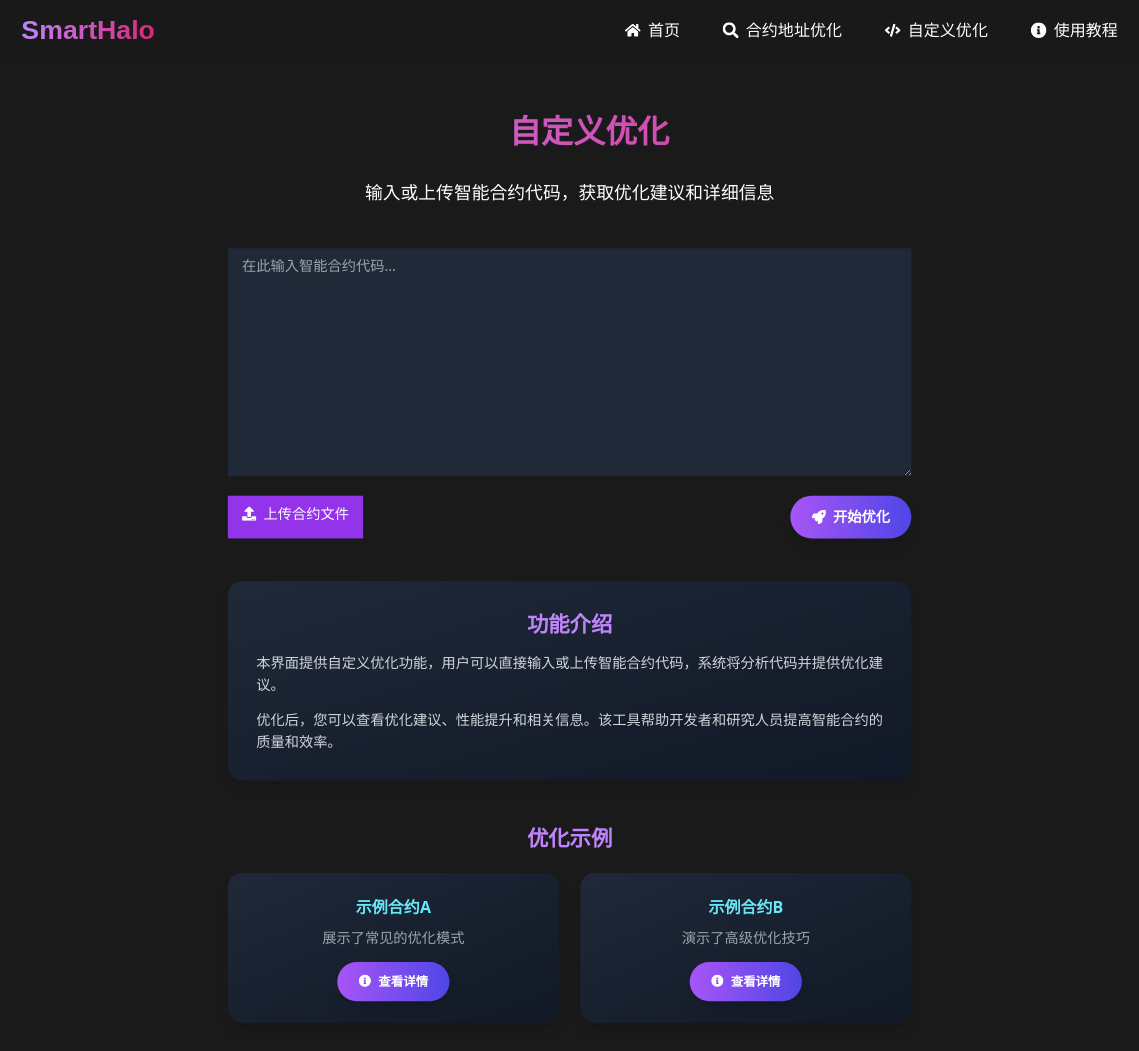
Repository: RunnerQuan/smart-halo
Page: /custom-optimization
The author's editor kept a copy of each file at every save. The page is drawn from the files as they stood at one save, then again after the next save.
The browser window is 1280 px wide. The pictures show the whole page, at 89% of full size.
The project was rebuilt for these pictures with package versions that can differ from the ones it lists, and the page was loaded fresh each time. The framework's server and built-in components were replaced by stand-ins that run in the browser. Also part of the build but not shown: next.config.mjs.

Above is the page before, as saved 2024-10-17 15:45:48.

### app/custom-optimization/page.tsx
"use client";

import { useState } from 'react';
import { motion } from 'framer-motion';
import Link from 'next/link';
import AnimatedButton from '../../components/ui/animated-button';
import Navbar from '../../components/Navbar';
import { FaCode, FaUpload, FaRocket, FaInfoCircle } from 'react-icons/fa';

export default function CustomOptimization() {
  const [contractCode, setContractCode] = useState('');
  const [showError, setShowError] = useState(false);

  const handleOptimize = () => {
    if (!contractCode.trim()) {
      setShowError(true);
      setTimeout(() => setShowError(false), 3000);
      return;
    }
    // 这里应该是跳转到优化详情页的逻辑
    window.location.href = '/optimization-details';
  };

  return (
    <main className="flex min-h-screen flex-col items-center justify-start p-8 bg-[#1A1A1A] text-white font-sans">
      <Navbar />
      <div className="mt-24 w-full max-w-7xl mx-auto">
        <motion.h1
          className="text-4xl font-bold mb-8 text-center text-transparent bg-clip-text bg-gradient-to-r from-purple-400 to-pink-600"
          initial={{ opacity: 0, y: -50 }}
          animate={{ opacity: 1, y: 0 }}
          transition={{ duration: 0.5 }}
        >
          <FaCode className="inline-block mr-2 mb-1" />
          自定义优化
        </motion.h1>
        <motion.p
          className="text-xl mb-12 text-center max-w-2xl mx-auto"
          initial={{ opacity: 0 }}
          animate={{ opacity: 1 }}
          transition={{ duration: 0.5, delay: 0.2 }}
        >
          输入或上传智能合约代码，获取优化建议和详细信息
        </motion.p>

        <motion.div
          className="w-full max-w-3xl mx-auto mb-12"
          initial={{ opacity: 0, y: 50 }}
          animate={{ opacity: 1, y: 0 }}
          transition={{ duration: 0.5, delay: 0.4 }}
        >
          <textarea
            className="w-full h-64 bg-gray-800 text-white rounded-lg px-4 py-2 mb-4 focus:outline-none focus:ring-2 focus:ring-purple-500"
            placeholder="在此输入智能合约代码..."
            value={contractCode}
            onChange={(e) => setContractCode(e.target.value)}
          ></textarea>
          <div className="flex justify-between">
            <label className="bg-purple-600 text-white px-4 py-2 rounded-lg cursor-pointer hover:bg-purple-700 transition-colors">
              <FaUpload className="inline-block mr-2 mb-1" />
              上传合约文件
              <input type="file" className="hidden" onChange={(e) => {
                // 这里应该是处理文件上传的逻辑
                console.log("File uploaded:", e.target.files[0]);
              }} />
            </label>
            <AnimatedButton onClick={handleOptimize}>
              <FaRocket className="inline-block mr-2 mb-1" />
              开始优化
            </AnimatedButton>
          </div>
          {showError && (
            <motion.p
              className="text-red-500 text-center mt-2"
              initial={{ opacity: 0 }}
              animate={{ opacity: 1 }}
              exit={{ opacity: 0 }}
            >
              请输入或上传合约代码
            </motion.p>
          )}
        </motion.div>

        <motion.div
          className="bg-gradient-to-br from-gray-800 to-gray-900 rounded-2xl p-8 mb-12 max-w-3xl mx-auto shadow-lg"
          initial={{ opacity: 0, y: 50 }}
          animate={{ opacity: 1, y: 0 }}
          transition={{ duration: 0.5, delay: 0.6 }}
        >
          <h2 className="text-2xl font-semibold mb-4 text-purple-400 text-center">功能介绍</h2>
          <p className="mb-4 text-gray-300">
            本界面提供自定义优化功能，用户可以直接输入或上传智能合约代码，系统将分析代码并提供优化建议。
          </p>
          <p className="text-gray-300">
            优化后，您可以查看优化建议、性能提升和相关信息。该工具帮助开发者和研究人员提高智能合约的质量和效率。
          </p>
        </motion.div>

        <motion.div
          className="w-full max-w-3xl mx-auto"
          initial={{ opacity: 0, y: 50 }}
          animate={{ opacity: 1, y: 0 }}
          transition={{ duration: 0.5, delay: 0.8 }}
        >
          <h2 className="text-2xl font-semibold mb-6 text-center text-purple-400">优化示例</h2>
          <div className="grid grid-cols-1 md:grid-cols-2 gap-6">
            {[
              { name: "示例合约A", desc: "展示了常见的优化模式" },
              { name: "示例合约B", desc: "演示了高级优化技巧" },
            ].map((example, index) => (
              <motion.div
                key={index}
                className="bg-gradient-to-br from-gray-800 to-gray-900 p-6 rounded-2xl shadow-lg overflow-hidden relative group text-center"
                whileHover={{ scale: 1.03 }}
              >
                <h3 className="text-lg font-semibold mb-2 text-cyan-300">{example.name}</h3>
                <p className="text-gray-400 mb-4">{example.desc}</p>
                <Link href="/optimization-details" passHref>
                  <AnimatedButton className="bg-gradient-to-r from-cyan-500 to-blue-500 text-white px-4 py-2 rounded-full text-sm hover:from-cyan-600 hover:to-blue-600 transition-all duration-300">
                    <FaInfoCircle className="inline-block mr-2 mb-1" />
                    查看详情
                  </AnimatedButton>
                </Link>
              </motion.div>
            ))}
          </div>
        </motion.div>
      </div>
    </main>
  );
}

### app/globals.css
@import url('https://fonts.googleapis.com/css2?family=Roboto:wght@300;400;500;700&display=swap');

@tailwind base;
@tailwind components;
@tailwind utilities;

:root {
  --foreground-rgb: 255, 255, 255;
  --background-start-rgb: 42, 42, 42;
  --background-end-rgb: 42, 42, 42;
}

body {
  color: rgb(var(--foreground-rgb));
  background: linear-gradient(
      to bottom,
      transparent,
      rgb(var(--background-end-rgb))
    )
    rgb(var(--background-start-rgb));
  font-family: 'Roboto', sans-serif;
}

### components/ui/animated-button.tsx
import React from 'react';

interface AnimatedButtonProps extends React.ButtonHTMLAttributes<HTMLButtonElement> {
  children: React.ReactNode;
}

const AnimatedButton: React.FC<AnimatedButtonProps> = ({ children, className, ...props }) => {
  return (
    <button
      className={`
        px-6 py-3 rounded-full text-white font-semibold
        bg-gradient-to-r from-purple-500 to-indigo-600
        hover:from-purple-600 hover:to-indigo-700
        transform hover:scale-105 transition duration-300 ease-in-out
        focus:outline-none focus:ring-2 focus:ring-purple-500 focus:ring-opacity-50
        shadow-lg hover:shadow-xl
        ${className}
      `}
      {...props}
    >
      {children}
    </button>
  );
};

export default AnimatedButton;

### components/Navbar.tsx
import Link from "next/link";
import AnimatedNavLink from './AnimatedNavLink';
import { FaHome, FaCode, FaSearch, FaInfoCircle } from 'react-icons/fa';

const navItems = [
  { name: '首页', href: '/', icon: <FaHome className="mr-2" /> },
  { name: '合约地址优化', href: '/contract-optimization', icon: <FaSearch className="mr-2" /> },
  { name: '自定义优化', href: '/custom-optimization', icon: <FaCode className="mr-2" /> },
  { name: '使用教程', href: '/about', icon: <FaInfoCircle className="mr-2" /> },
];

export default function Navbar() {
  return (
    <nav className="fixed top-0 left-0 right-0 z-10 bg-[#1A1A1A] bg-opacity-80 backdrop-filter backdrop-blur-lg">
      <div className="container mx-auto px-6 py-4 flex justify-between items-center">
        <Link href="/" className="flex items-center">
          <span className="text-3xl font-bold bg-clip-text text-transparent bg-gradient-to-r from-purple-400 to-pink-600 font-tech">
            SmartHalo
          </span>
        </Link>
        <div className="hidden md:flex items-center space-x-12 text-lg">
          {navItems.map((item) => (
            <Link key={item.name} href={item.href} className="flex items-center">
              <span className="flex items-center">
                {item.icon}
                {item.name}
              </span>
            </Link>
          ))}
        </div>
      </div>
    </nav>
  );
}

### tailwind.config.js
module.exports = {
    darkMode: ['class'],
    content: [
    './pages/**/*.{js,ts,jsx,tsx,mdx}',
    './components/**/*.{js,ts,jsx,tsx,mdx}',
    './app/**/*.{js,ts,jsx,tsx,mdx}',
  ],
  theme: {
  	extend: {
  		fontFamily: {
  			harmonyos: ['HarmonyOS Sans', 'sans-serif'],
  			song: ['Noto Serif SC', 'serif'],
  			'noto-sans': ['Noto Sans SC', 'sans-serif'],
  			'tech': ['Orbitron', 'sans-serif']
  		},
  		backgroundImage: {
  			'gradient-radial': 'radial-gradient(var(--tw-gradient-stops))',
  			'gradient-conic': 'conic-gradient(from 180deg at 50% 50%, var(--tw-gradient-stops))'
  		},
  		borderRadius: {
  			lg: 'var(--radius)',
  			md: 'calc(var(--radius) - 2px)',
  			sm: 'calc(var(--radius) - 4px)'
  		},
  		colors: {
  			background: 'hsl(var(--background))',
  			foreground: 'hsl(var(--foreground))',
  			card: {
  				DEFAULT: 'hsl(var(--card))',
  				foreground: 'hsl(var(--card-foreground))'
  			},
  			popover: {
  				DEFAULT: 'hsl(var(--popover))',
  				foreground: 'hsl(var(--popover-foreground))'
  			},
  			primary: {
  				DEFAULT: 'hsl(var(--primary))',
  				foreground: 'hsl(var(--primary-foreground))'
  			},
  			secondary: {
  				DEFAULT: 'hsl(var(--secondary))',
  				foreground: 'hsl(var(--secondary-foreground))'
  			},
  			muted: {
  				DEFAULT: 'hsl(var(--muted))',
  				foreground: 'hsl(var(--muted-foreground))'
  			},
  			accent: {
  				DEFAULT: 'hsl(var(--accent))',
  				foreground: 'hsl(var(--accent-foreground))'
  			},
  			destructive: {
  				DEFAULT: 'hsl(var(--destructive))',
  				foreground: 'hsl(var(--destructive-foreground))'
  			},
  			border: 'hsl(var(--border))',
  			input: 'hsl(var(--input))',
  			ring: 'hsl(var(--ring))',
  			chart: {
  				'1': 'hsl(var(--chart-1))',
  				'2': 'hsl(var(--chart-2))',
  				'3': 'hsl(var(--chart-3))',
  				'4': 'hsl(var(--chart-4))',
  				'5': 'hsl(var(--chart-5))'
  			}
  		},
  		animation: {
  			pulse: 'pulse var(--duration) ease-out infinite'
  		},
  		keyframes: {
  			pulse: {
  				'0%, 100%': {
  					boxShadow: '0 0 0 0 var(--pulse-color)'
  				},
  				'50%': {
  					boxShadow: '0 0 0 8px var(--pulse-color)'
  				}
  			}
  		}
  	}
  },
  plugins: [require("tailwindcss-animate")],
}

Loaded but not shown: app/layout.tsx (common file)

After the next save:
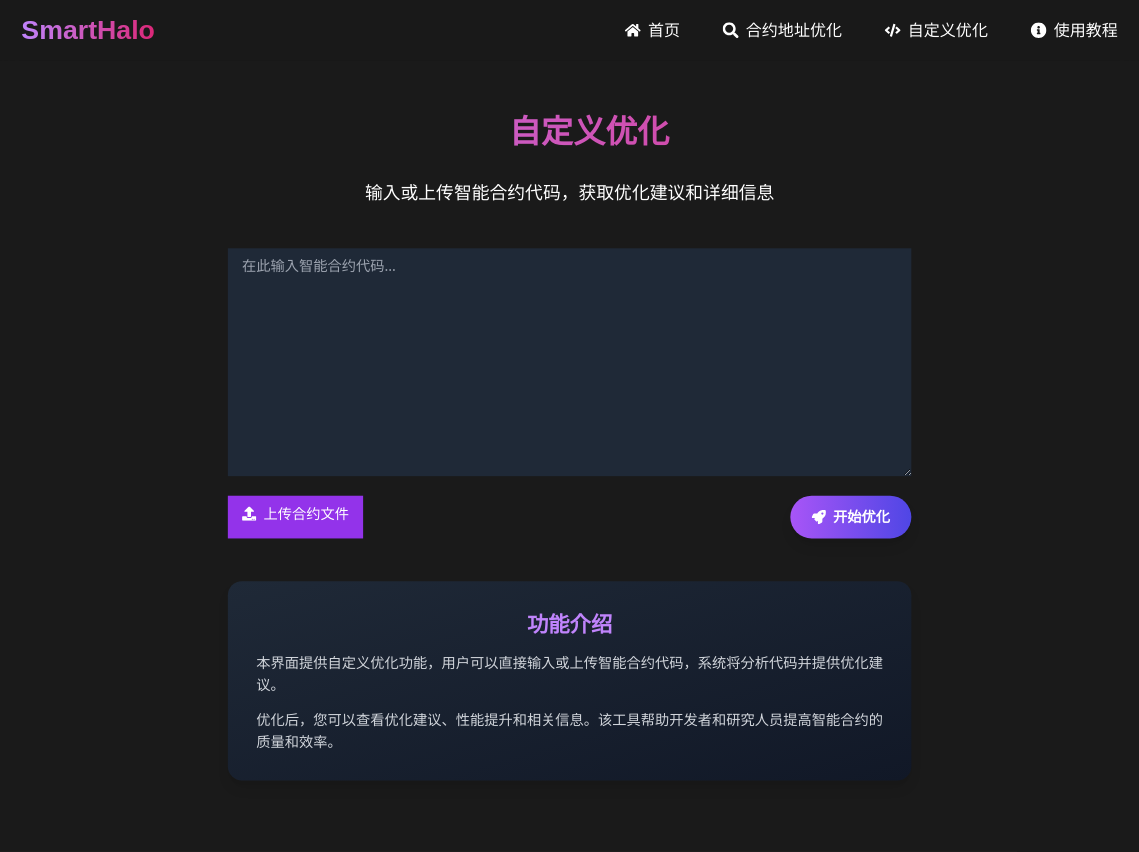
Saved 4 min 29 s later.
--- a/app/custom-optimization/page.tsx
+++ b/app/custom-optimization/page.tsx
@@ -95,36 +95,6 @@ export default function CustomOptimization() {
             优化后，您可以查看优化建议、性能提升和相关信息。该工具帮助开发者和研究人员提高智能合约的质量和效率。
           </p>
         </motion.div>
-
-        <motion.div
-          className="w-full max-w-3xl mx-auto"
-          initial={{ opacity: 0, y: 50 }}
-          animate={{ opacity: 1, y: 0 }}
-          transition={{ duration: 0.5, delay: 0.8 }}
-        >
-          <h2 className="text-2xl font-semibold mb-6 text-center text-purple-400">优化示例</h2>
-          <div className="grid grid-cols-1 md:grid-cols-2 gap-6">
-            {[
-              { name: "示例合约A", desc: "展示了常见的优化模式" },
-              { name: "示例合约B", desc: "演示了高级优化技巧" },
-            ].map((example, index) => (
-              <motion.div
-                key={index}
-                className="bg-gradient-to-br from-gray-800 to-gray-900 p-6 rounded-2xl shadow-lg overflow-hidden relative group text-center"
-                whileHover={{ scale: 1.03 }}
-              >
-                <h3 className="text-lg font-semibold mb-2 text-cyan-300">{example.name}</h3>
-                <p className="text-gray-400 mb-4">{example.desc}</p>
-                <Link href="/optimization-details" passHref>
-                  <AnimatedButton className="bg-gradient-to-r from-cyan-500 to-blue-500 text-white px-4 py-2 rounded-full text-sm hover:from-cyan-600 hover:to-blue-600 transition-all duration-300">
-                    <FaInfoCircle className="inline-block mr-2 mb-1" />
-                    查看详情
-                  </AnimatedButton>
-                </Link>
-              </motion.div>
-            ))}
-          </div>
-        </motion.div>
       </div>
     </main>
   );
